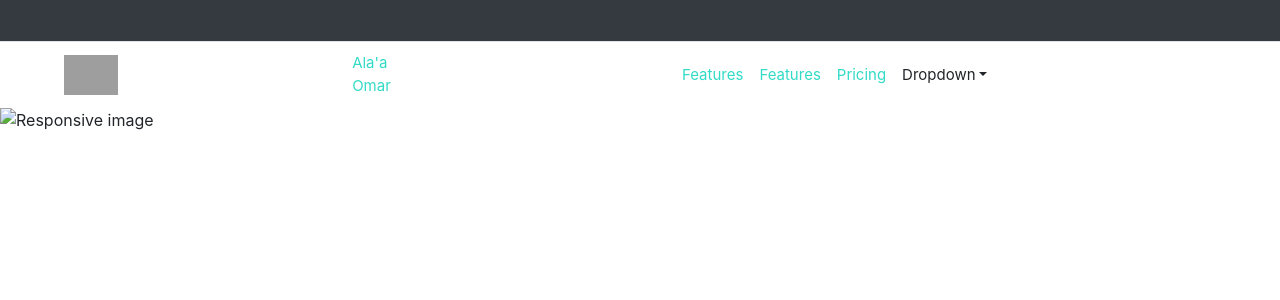
Repository: Alaa-OmarAlshobaki/portfolio
Page: index.html
An editor plug-in stored every save of this project. The page is shown before and after the next save, followed by the edit.
The browser window is 1280 px wide. The pictures show the whole page.
Pictures or frames that could not be fetched are drawn as grey boxes. Some web fonts or font styles are not loaded; a fallback is used.

Above is the page before, as saved 2020-03-12 00:28:31.

### index.html
<!DOCTYPE html>
<html lang="en">
  <head>
    <meta charset="UTF-8" />
    <meta name="viewport" content="width=device-width, initial-scale=1.0" />
    <link rel="icon" href="public/img/cv.png" type="image/gif" sizes="16x16">
    <link rel="stylesheet" href="public/fonts/icomoon/style.css">
    <link rel="stylesheet" href="public/fonts/flaticon/font/flaticon.css">
    <link rel="stylesheet" href="https://stackpath.bootstrapcdn.com/bootstrap/4.3.1/css/bootstrap.min.css" integrity="sha384-ggOyR0iXCbMQv3Xipma34MD+dH/1fQ784/j6cY/iJTQUOhcWr7x9JvoRxT2MZw1T" crossorigin="anonymous">
    <link href="https://fonts.googleapis.com/css?family=Dancing+Script&display=swap" rel="stylesheet">
    <link rel="stylesheet" href="public/js/jquery-ui/jquery-ui.css" />
    <link rel="stylesheet" href="public/css/style.css" />
    <script src="https://code.jquery.com/jquery-3.3.1.slim.min.js" integrity="sha384-q8i/X+965DzO0rT7abK41JStQIAqVgRVzpbzo5smXKp4YfRvH+8abtTE1Pi6jizo" crossorigin="anonymous"></script>
    <script src="https://cdnjs.cloudflare.com/ajax/libs/popper.js/1.14.7/umd/popper.min.js" integrity="sha384-UO2eT0CpHqdSJQ6hJty5KVphtPhzWj9WO1clHTMGa3JDZwrnQq4sF86dIHNDz0W1" crossorigin="anonymous"></script>
    <script src="https://stackpath.bootstrapcdn.com/bootstrap/4.3.1/js/bootstrap.min.js" integrity="sha384-JjSmVgyd0p3pXB1rRibZUAYoIIy6OrQ6VrjIEaFf/nJGzIxFDsf4x0xIM+B07jRM" crossorigin="anonymous"></script>
    <script type="text/javascript" src="public/js/jquery.js"></script>
    <script type="text/javascript" src="public/js/jquery-ui/jquery-ui.js"></script>

    <script>

      </script>

    <title>Portfolio</title>

    </style>
  </head>
  <body>

  <div class="site-wrap">
<!-- start section social header -->
  <section>

    <div class="border-bottom top-bar py-2 bg-dark" id="home-section">
      <div class="container">
        <div class="row">
         <div class="col-7"></div>
          <div class="col-5">
            <div class="row">
              <div class="col-2"><a href="https://github.com/Alaa-OmarAlshobaki"><span class="icon-github"></span></a></div>
              <div class="col-2"><a href="https://jo.linkedin.com/in/ala-a-omar-al-shobaki-1b4059186?trk=people-guest_people_search-card"><span class="icon-linkedin"></span></a></div>
              <div class="col-2"><a href="mailto:alaaomaralshobaki@gmail.com"><span class="icon-mail_outline"></span></a></div>
              <div class="col-2"><a href="tel:+962788320226"><span class="icon-phonelink_ring"></span></a></div>
            </div>
          </div>
        </div>
      </div>
    </div>

</section>
<!-- end section social header -->
<!-- start section header -->
<section>
   <!--Navbar-->
   <nav class="navbar navbar-expand-lg  bg-white">
    <a class="navbar-brand ml-5" href="#">
      <img src="public/img/cv.png"  class="d-inline-block align-top" alt="">
    </a>
    <a href="index.html">Ala'a Omar</a>
    <div class="container">

      <!-- Collapse button -->
      <button class="navbar-toggler float-right" type="button" data-toggle="collapse" data-target="#navbarSupportedContent"
        aria-controls="navbarSupportedContent" aria-expanded="false" aria-label="Toggle navigation">
        <span class="navbar-toggler-icon"></span>
      </button>

      <!-- Collapsible content -->
      <div class="collapse navbar-collapse justify-content-center" id="navbarSupportedContent">

        <!-- Links -->
        <ul class="navbar-nav">

          <li class="nav-item">
            <a class="nav-link" href="#">Features</a>
          </li>

          <li class="nav-item">
            <a class="nav-link" href="#">Features</a>
          </li>
          <li class="nav-item">
            <a class="nav-link" href="#">Pricing</a>
          </li>

          <!-- Dropdown -->
          <li class="nav-item dropdown">
            <a class="nav-link dropdown-toggle" id="navbarDropdownMenuLink" data-toggle="dropdown" aria-haspopup="true"
              aria-expanded="false">Dropdown</a>
            <div class="dropdown-menu dropdown-primary" aria-labelledby="navbarDropdownMenuLink">
              <a class="dropdown-item" href="#">Action</a>
              <a class="dropdown-item" href="#">Another action</a>
              <a class="dropdown-item" href="#">Something else here</a>
            </div>
          </li>

        </ul>
        <!-- Links -->

      </div>
      <!-- CTA -->

    </div>

  </nav>
  <!--/.Navbar-->
</section>
<!-- end section header -->
<!-- start section cover -->
<section>
<div class="container-fluid">
  <div class="row">
    <img src="" class="img-fluid" alt="Responsive image">
  </div>
</div>
</section>
<!-- end section cover -->
  </div><!-- end div site-wrap-->
  </body>
</html>

### public/css/style.css
a {
  color: #32dbc6;
  text-decoration: none;
  background-color: transparent;
  font-size: 15px;
}
a:hover {
  color: #1da493;
  text-decoration: none;
}
nav a img{
  width: 20%;
}

.navbar .navbar-brand{
  font-family: "Dancing Script", cursive;}

Loaded but not shown: public/fonts/icomoon/style.css (common file); public/fonts/flaticon/font/flaticon.css (common file); public/js/jquery-ui/jquery-ui.css (library); public/js/jquery.js (library); public/js/jquery-ui.js (library)

After the next save:
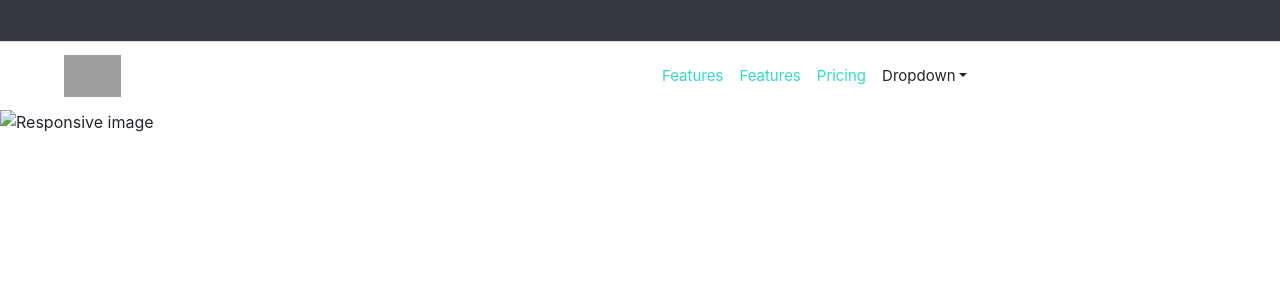
Saved 59 s later.
--- a/index.html
+++ b/index.html
@@ -55,7 +55,7 @@
     <a class="navbar-brand ml-5" href="#">
       <img src="public/img/cv.png"  class="d-inline-block align-top" alt="">
     </a>
-    <a href="index.html">Ala'a Omar</a>
+
     <div class="container">
 
       <!-- Collapse button -->

After the 2 saves that followed:
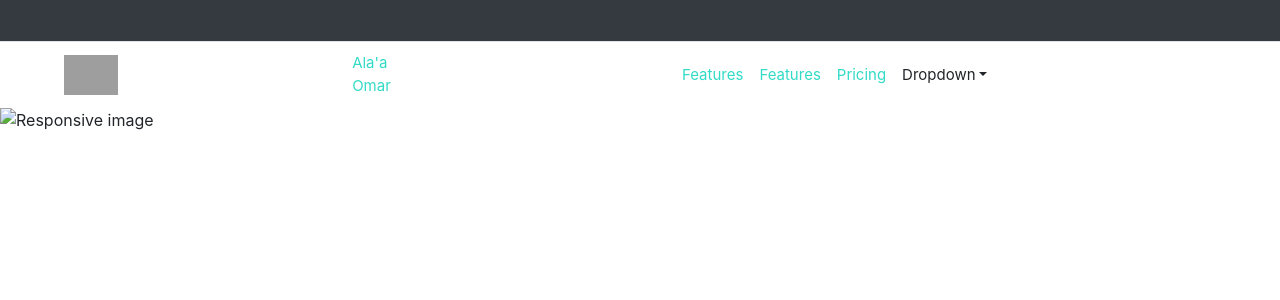
The 2 saves are shown as one change because they came seconds apart.
The last was saved 7 s later.
--- a/index.html
+++ b/index.html
@@ -54,6 +54,7 @@
    <nav class="navbar navbar-expand-lg  bg-white">
     <a class="navbar-brand ml-5" href="#">
       <img src="public/img/cv.png"  class="d-inline-block align-top" alt="">
+      <a href="index.html">Ala'a Omar</a>
     </a>
 
     <div class="container">
